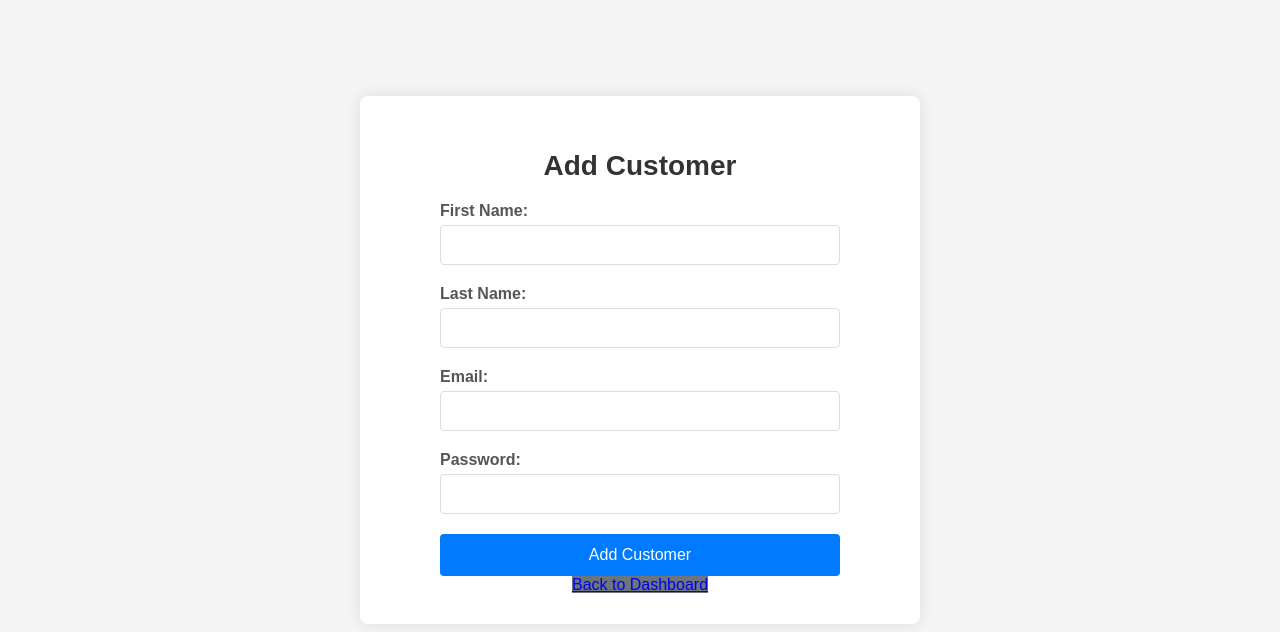
Repository: vinayakGarudi2002/swabhavTrainingProjects
Page: http://localhost/01_banking_application/addCustomer.jsp
An editor plug-in stored every save of this project. The page is shown before and after the next save, followed by the edit.
The browser window is 1280 px wide. The pictures show the whole page.
The page is served by Tomcat 9. Other server files are loaded and not shown.

Above is the page before, as saved 2024-08-12 10:53:35.

### 01_banking_application/WebContent/addCustomer.jsp
<%@ page language="java" contentType="text/html; charset=UTF-8" pageEncoding="UTF-8"%>
<%@ taglib uri="http://java.sun.com/jsp/jstl/core" prefix="c" %>
<!DOCTYPE html>
<html lang="en">
<head>
    <meta charset="UTF-8">
    <title>Add Customer - Banking App</title>
    <link rel="stylesheet" type="text/css" href="static/css/styles.css">
</head>
<body>
    <div class="dashboard-container">
        <h2>Add Customer</h2>
        <form action="AddCustomerServlet" method="post" class="form-container">
            <div class="form-group">
                <label for="firstName">First Name:</label>
                <input type="text" id="firstName" name="firstName" class="form-control" required>
            </div>
            <div class="form-group">
                <label for="lastName">Last Name:</label>
                <input type="text" id="lastName" name="lastName" class="form-control" required>
            </div>
            <div class="form-group">
                <label for="email">Email:</label>
                <input type="email" id="email" name="email" class="form-control" required>
            </div>
            <div class="form-group">
                <label for="password">Password:</label>
                <input type="password" id="password" name="password" class="form-control" required>
            </div>
            <div class="form-actions">
                <button type="submit" class="btn btn-primary">Add Customer</button>
            </div>
        </form>

        <!-- Error and Success Messages -->
        <c:if test="${not empty errorMessage}">
            <div class="error-message">
                <c:out value="${errorMessage}"/>
            </div>
        </c:if>

        <c:if test="${not empty succesMessage}">
            <div class="succes-message">
                <c:out value="${succesMessage}"/>
            </div>
        </c:if>

        <div class="form-actions">
            <a href="adminDashboard.jsp" class="btn btn-secondary">Back to Dashboard</a>
        </div>
    </div>
</body>
</html>

### 01_banking_application/WebContent/static/css/styles.css
/* styles.css */
body {
    font-family: Arial, sans-serif;
    background-color: #f4f4f4;
    margin: 0;
    display: flex;
    justify-content: center;
    align-items: center;
    height: 100vh;
}

.dashboard-container {
    background-color: #fff;
    padding: 30px;
    border-radius: 8px;
    box-shadow: 0 0 15px rgba(0, 0, 0, 0.1);
    width: 100%;
    max-width: 500px;
    margin: 0 auto;
    text-align: center;
}

h2 {
    margin-bottom: 20px;
    font-size: 28px;
    color: #333;
    text-align: center;
}

.form-container {
    margin-top: 20px;
    width: 100%;
    max-width: 400px;
    margin: 0 auto;
}

.form-group {
    margin-bottom: 20px;
    text-align: left;
}

label {
    display: block;
    margin-bottom: 5px;
    color: #555;
    font-weight: bold;
}

input[type="text"],
input[type="email"],
input[type="password"] {
    width: 100%;
    padding: 10px;
    box-sizing: border-box;
    border: 1px solid #ddd;
    border-radius: 4px;
    font-size: 16px;
}

.form-actions {
    text-align: center;
}

button.btn {
    width: 100%;
    padding: 12px;
    background-color: #007bff;
    color: white;
    border: none;
    border-radius: 4px;
    cursor: pointer;
    font-size: 16px;
}

button.btn:hover {
    background-color: #0056b3;
}

.btn-secondary {
    margin-top: 20px;
    background-color: #6c757d;
}

.btn-secondary:hover {
    background-color: #5a6268;
}

.error-message {
    color: #dc3545;
    font-weight: bold;
    margin-top: 10px;
    text-align: center;
}

.succes-message {
    color: green;
    font-weight: bold;
    margin-top: 10px;
    text-align: center;
}

After the next save:
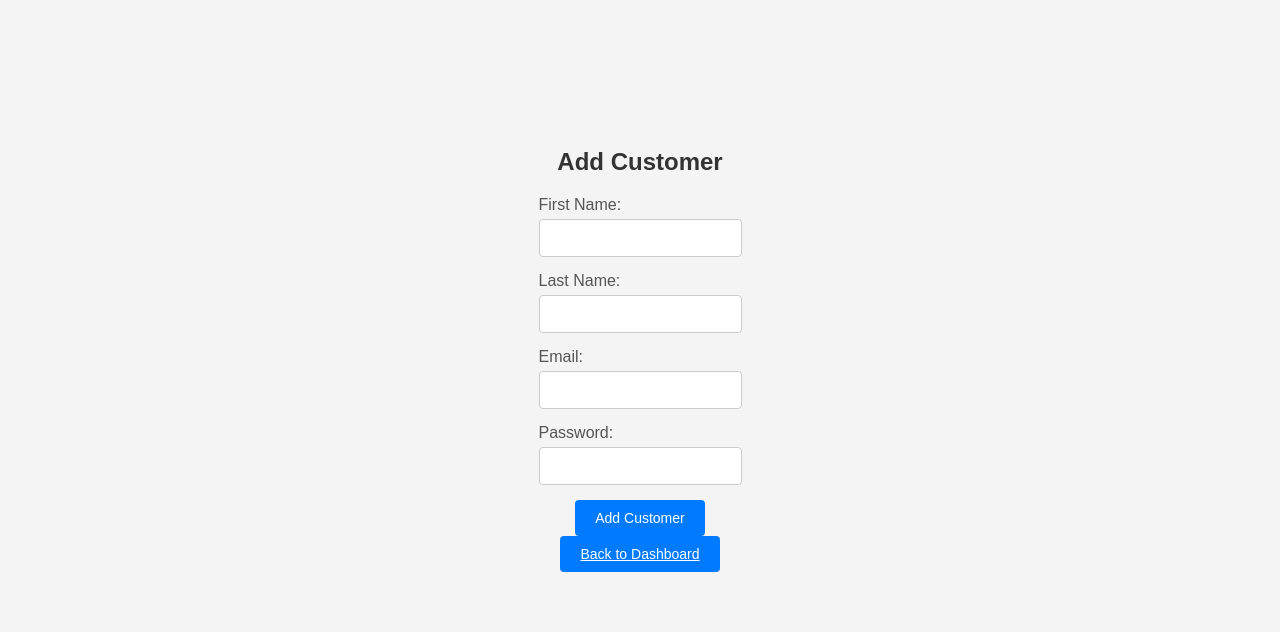
Saved 51 s later.
--- a/01_banking_application/WebContent/static/css/styles.css
+++ b/01_banking_application/WebContent/static/css/styles.css
@@ -1,100 +1,85 @@
-/* styles.css */
+/* General Reset */
+* {
+    margin: 0;
+    padding: 0;
+    box-sizing: border-box;
+}
+
 body {
     font-family: Arial, sans-serif;
     background-color: #f4f4f4;
-    margin: 0;
     display: flex;
     justify-content: center;
     align-items: center;
     height: 100vh;
 }
 
-.dashboard-container {
+.container {
+    width: 100%;
+    max-width: 400px;
+    padding: 20px;
+}
+
+.login-box {
     background-color: #fff;
-    padding: 30px;
+    padding: 20px;
+    box-shadow: 0px 0px 10px rgba(0, 0, 0, 0.1);
     border-radius: 8px;
-    box-shadow: 0 0 15px rgba(0, 0, 0, 0.1);
-    width: 100%;
-    max-width: 500px;
-    margin: 0 auto;
-    text-align: center;
 }
 
 h2 {
+    text-align: center;
     margin-bottom: 20px;
-    font-size: 28px;
     color: #333;
-    text-align: center;
-}
-
-.form-container {
-    margin-top: 20px;
-    width: 100%;
-    max-width: 400px;
-    margin: 0 auto;
 }
 
 .form-group {
-    margin-bottom: 20px;
-    text-align: left;
+    margin-bottom: 15px;
 }
 
 label {
     display: block;
     margin-bottom: 5px;
     color: #555;
-    font-weight: bold;
 }
 
-input[type="text"],
-input[type="email"],
-input[type="password"] {
+.form-control {
     width: 100%;
     padding: 10px;
-    box-sizing: border-box;
-    border: 1px solid #ddd;
+    border: 1px solid #ccc;
     border-radius: 4px;
-    font-size: 16px;
+    font-size: 14px;
 }
 
 .form-actions {
     text-align: center;
 }
 
-button.btn {
-    width: 100%;
-    padding: 12px;
+.btn {
+    display: inline-block;
+    padding: 10px 20px;
+    font-size: 14px;
+    color: #fff;
     background-color: #007bff;
-    color: white;
     border: none;
     border-radius: 4px;
     cursor: pointer;
-    font-size: 16px;
 }
 
-button.btn:hover {
+.btn:hover {
     background-color: #0056b3;
 }
 
-.btn-secondary {
+.alert {
+    padding: 10px;
     margin-top: 20px;
-    background-color: #6c757d;
-}
-
-.btn-secondary:hover {
-    background-color: #5a6268;
-}
-
-.error-message {
-    color: #dc3545;
-    font-weight: bold;
-    margin-top: 10px;
+    border-radius: 4px;
+    font-size: 14px;
     text-align: center;
 }
 
-.succes-message {
-    color: green;
-    font-weight: bold;
-    margin-top: 10px;
-    text-align: center;
+.alert-danger {
+    background-color: #f8d7da;
+    color: #721c24;
+    border: 1px solid #f5c6cb;
 }
